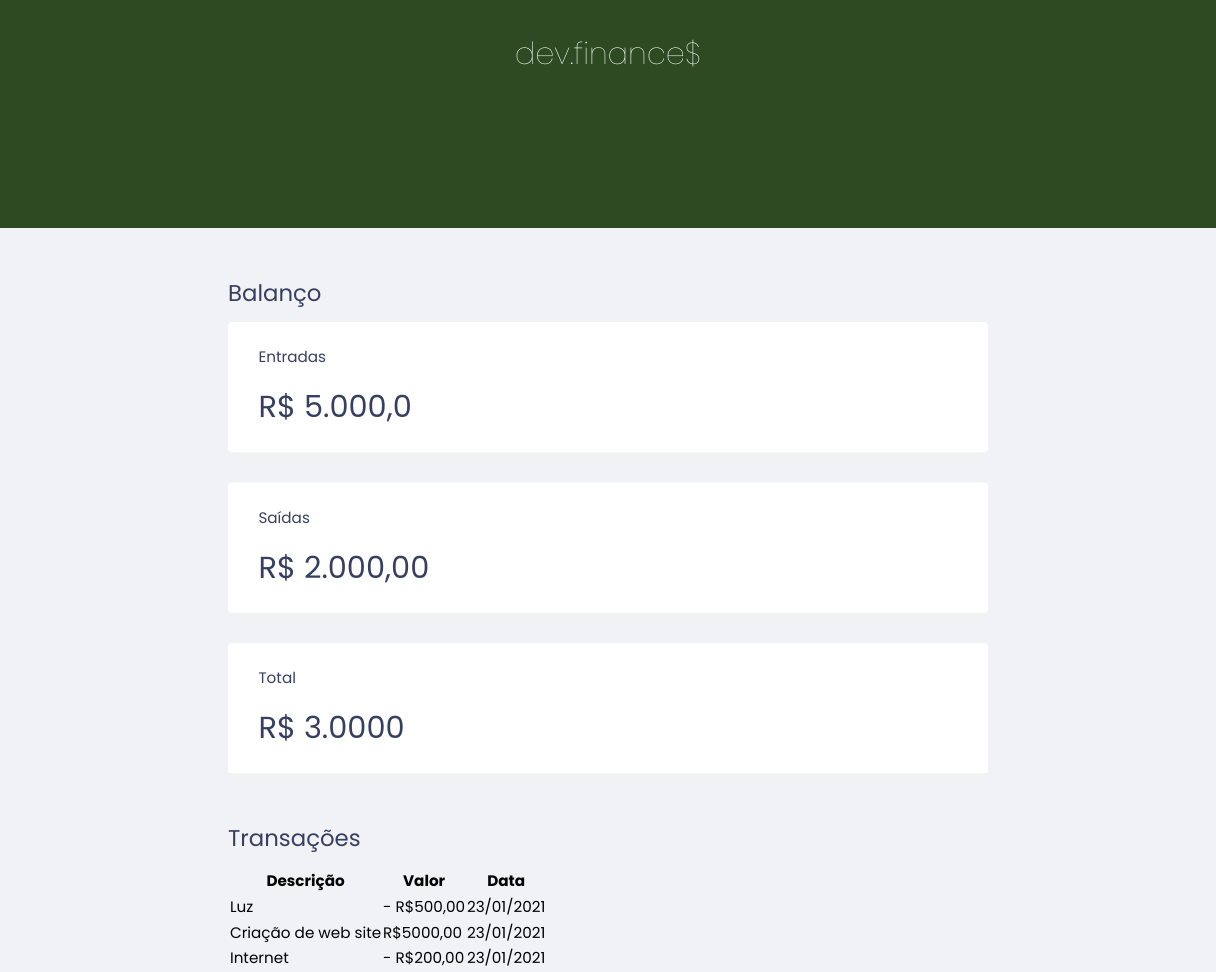
Repository: rafaelmgr12/maratona-dev01
Page: index.html
These files come from the project's save history. The page is drawn as it stood at one moment and after the next save; the edit follows.
The browser window is 1280 px wide. The pictures show the whole page, at 95% of full size.

Above is the page before, as saved 2021-04-26 20:40:10.

### index.html
<!DOCTYPE html>
<html lang="pt-br">
  <head>
    <meta charset="UTF-8" />
    <meta http-equiv="X-UA-Compatible" content="IE=edge" />
    <meta name="viewport" content="width=device-width, initial-scale=1.0" />
    <title>Rafael-app.finance$</title>
    <link rel="stylesheet" href="style.css">
    <link rel="preconnect" href="https://fonts.gstatic.com">
    <link href="https://fonts.googleapis.com/css2?family=Poppins:ital,wght@0,100;0,400;0,700;1,100;1,400;1,700&display=swap" rel="stylesheet">
  </head>
  <body>
    <header><h1 id = "logo">dev.finance$</h1></header>
    <main class = "container">
      <section id="balance">
        <h2>Balanço</h2>
        <div class = "card">
          <h3>Entradas</h3>
          <p>R$ 5.000,0</p>
        </div>
        <div class = "card">
          <h3>Saídas</h3>
          <p>R$ 2.000,00</p>
        </div>
        <div class="card total">
          <h3>Total</h3>
          <p>R$ 3.0000</p>
        </div>
      </section>
      <section id = "transaction">
        <h2>Transações</h2>
        <table id= "data-table">
          <thead>
            <tr>
              <th>Descrição</th>
              <th>Valor</th>
              <th>Data</th>
            </tr>
          </thead>
          <tbody>
            <tr>
              <td>Luz</td>
              <td>- R$500,00</td>
              <td>23/01/2021</td>
            </tr>
            <tr>
              <td>Criação de web site</td>
              <td>R$5000,00</td>
              <td>23/01/2021</td>
            </tr>
            <tr>
              <td>Internet</td>
              <td>- R$200,00</td>
              <td>23/01/2021</td>
            </tr>
          </tbody>
        </table>
      </section>
    </main>
    <footer></footer>
  </body>
</html>

### style.css
/* Global ======================================== */
:root {
  --dark-blue: #363f5f;
}
* {
  margin: 0;
  padding: 0;
  box-sizing: border-box;
}

body {
  background: #f0f2f5;
  font-family: "Poppins", sans-serif;
}
.container {
  width: min(90vw, 800px);
  margin: auto;
}
/* Titles ======================================== */
h2 {
  margin-top: 3.2rem;
  margin-bottom: 0.8rem;
  color: var(--dark-blue);

  font-weight: normal;
}

/* Header ======================================== */
header {
  background: #2d4a22;
  padding: 2rem 0 10rem;
  text-align: center;
}

#logo {
  color: #fff;
  font-weight: 100;
}

/* Balance ======================================== */
balance {
  margin-top: -8rem;
}

balance h2 {
  color: white;
  margin-top: 0;
}

/* Cards ======================================== */

.card {
  background: white;
  padding: 1.5rem 2rem;
  border-radius: 0.25rem;

  margin-bottom: 2rem;

  color: var(--dark-blue);
}

.card h3 {
  font-weight: normal;
  font-size: 1rem;
}

.card p {
  font-size: 2rem;
  line-height: 3rem;

  margin-top: 1rem;
}

.card.total{

}

/* footer ======================================== */
footer {
  text-align: center;
}

After the next save:
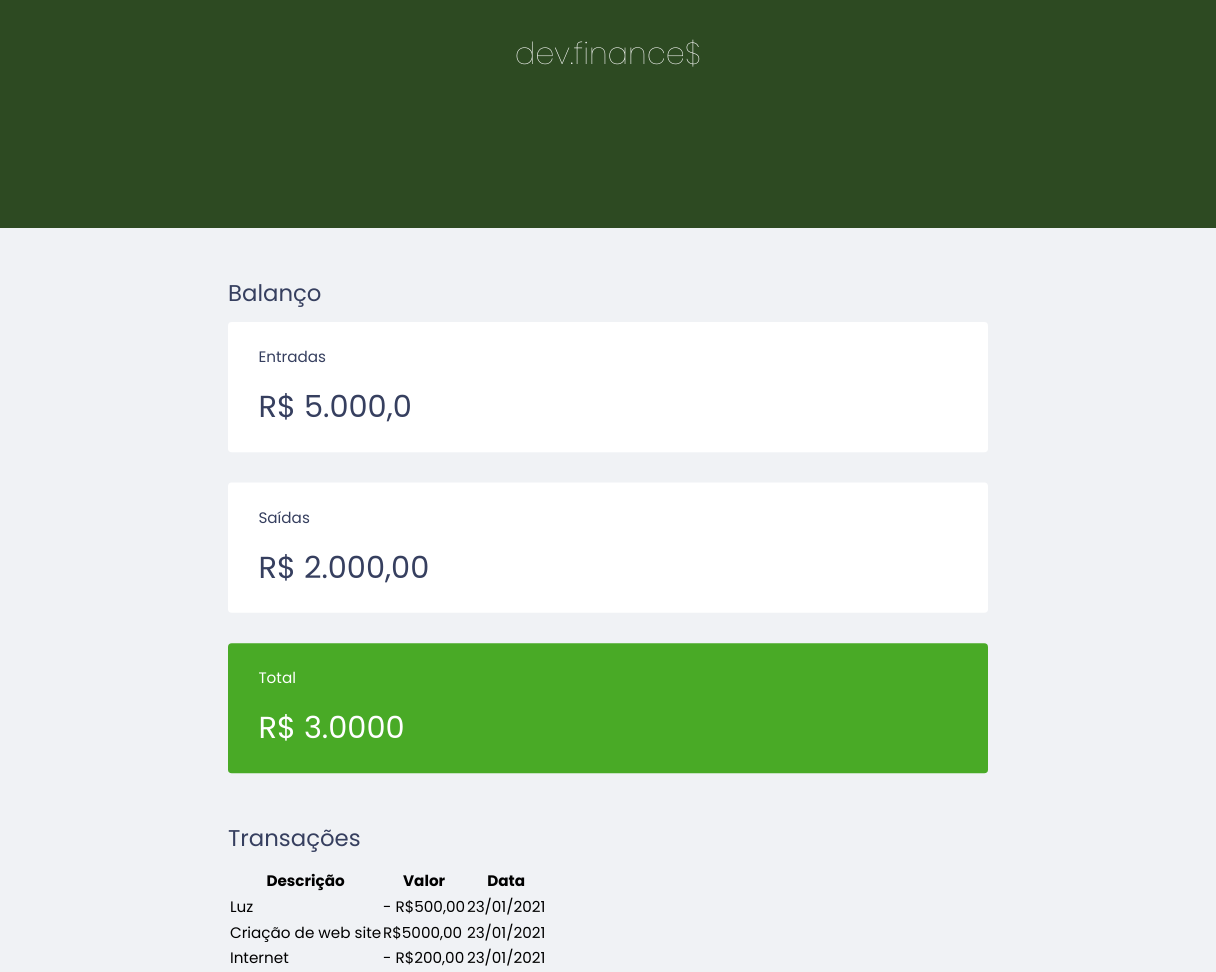
Saved 51 s later.
--- a/style.css
+++ b/style.css
@@ -72,6 +72,8 @@ balance h2 {
 }
 
 .card.total{
+    background: #49aa26;
+    color: white;
 
 }
 
